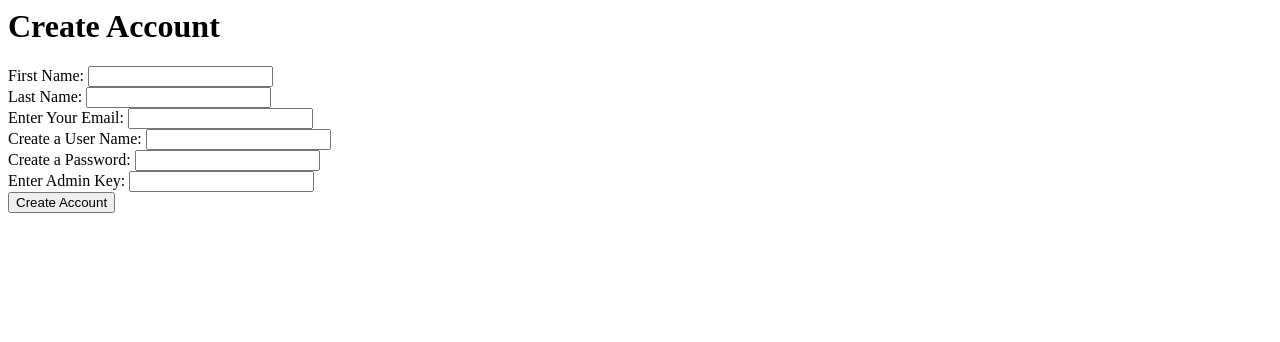
Repository: Sadiki/Expense_Reimbursement_System
Page: Ers_Project/src/main/webapp/partials/create_account.html
These files come from the project's save history. The page is drawn as it stood at one moment and after the next save; the edit follows.
The browser window is 1280 px wide. The pictures show the whole page.

Above is the page before, as saved 2018-11-07 04:28:54.

### Ers_Project/src/main/webapp/partials/create_account.html
<div id="viewContainer">
	<div id='viewMenu'>
		<h1>Create Account</h1>
		First Name: <input id='firstname' class='register' type='text'>
		<br /> Last Name: <input id='lastname' class='register' type='text'>
		<br /> Enter Your Email: <input id='email' class='register'
			type='text'> <br /> Create a User Name: <input id='username'
			class='register' type='text'> <br /> Create a Password: <input
			id='password' class='register' type='password'> <br /> Enter
		Admin Key: <input id='admin_key' type='password'>
		</form>
		<br />
		<button id='createAccBtn' class='menuBtns'>Create Account</button>

		<div class="alert alert-danger" id="createAcc-mess"></div>
	</div>
</div>

After the next save:
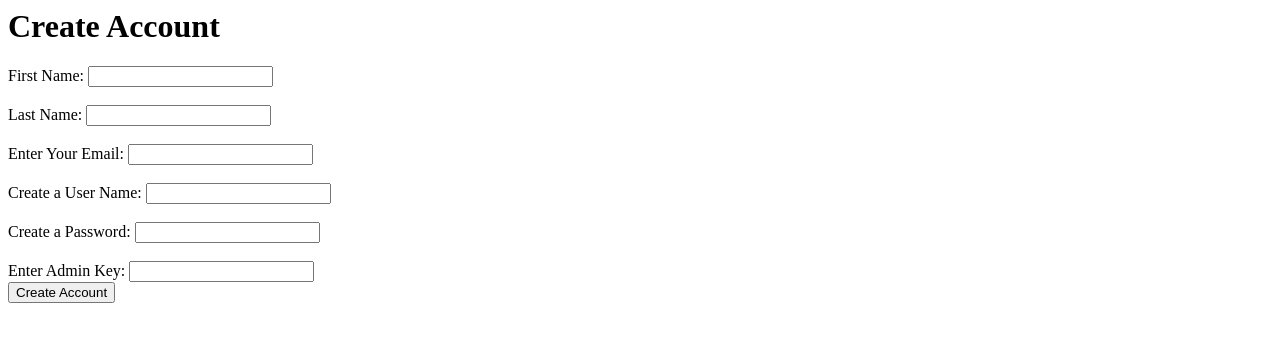
Saved 2 min 45 s later.
--- a/Ers_Project/src/main/webapp/partials/create_account.html
+++ b/Ers_Project/src/main/webapp/partials/create_account.html
@@ -1,17 +1,32 @@
 <div id="viewContainer">
-	<div id='viewMenu'>
-		<h1>Create Account</h1>
-		First Name: <input id='firstname' class='register' type='text'>
-		<br /> Last Name: <input id='lastname' class='register' type='text'>
-		<br /> Enter Your Email: <input id='email' class='register'
-			type='text'> <br /> Create a User Name: <input id='username'
-			class='register' type='text'> <br /> Create a Password: <input
-			id='password' class='register' type='password'> <br /> Enter
-		Admin Key: <input id='admin_key' type='password'>
-		</form>
-		<br />
-		<button id='createAccBtn' class='menuBtns'>Create Account</button>
+<div id= 'viewMenu'>
+    <h1>Create Account</h1>
+    First Name:
+    <input id='firstname'class='register'type='text'>
+    <br/>
+    <br/>
+    Last Name:
+	<input id='lastname'class='register'type='text'>
+    <br/>
+    <br/>
+    Enter Your Email:
+    <input id='email'class='register'type='text'>
+    <br/>
+    <br/>
+    Create a User Name:
+    <input id='username'class='register'type='text'>
+    <br/>
+    <br/>
+    Create a Password:
+    <input id='password'class='register'type='password'>
+    <br/>
+    <br/>
+    Enter Admin Key:
+    <input id='admin_key' type='password'>
+    </form>
+    <br/>
+    <button id='createAccBtn' class= 'menuBtns'>Create Account</button>
 
-		<div class="alert alert-danger" id="createAcc-mess"></div>
-	</div>
+    <div class ="alert alert-danger" id="createAcc-mess"></div>
+    </div>
 </div>
